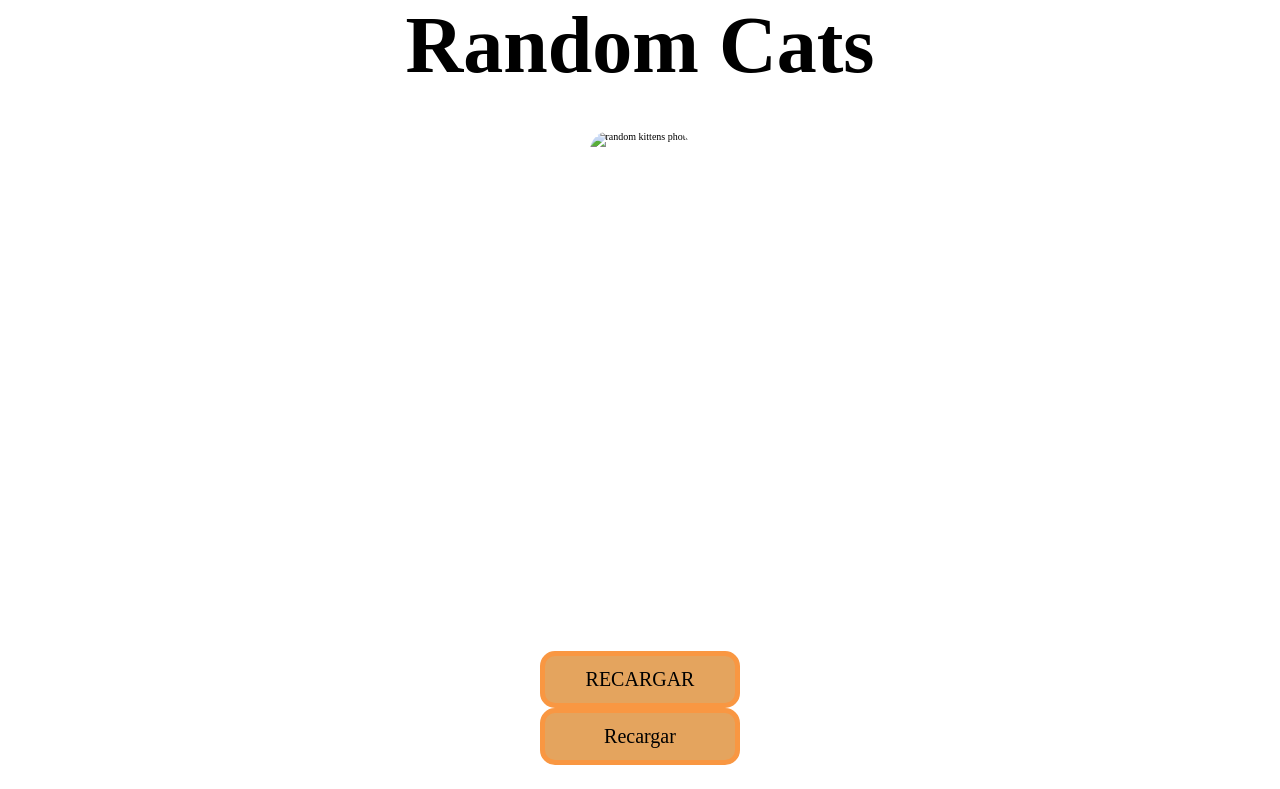
Repository: elto82/ConsumoAPIRESTjs
Page: index.html
The author's editor kept a copy of each file at every save. The page is drawn from the files as they stood at one save, then again after the next save.
The browser window is 1280 px wide. The pictures show the whole page.

Above is the page before, as saved 2022-07-02 18:05:03.

After the next save:
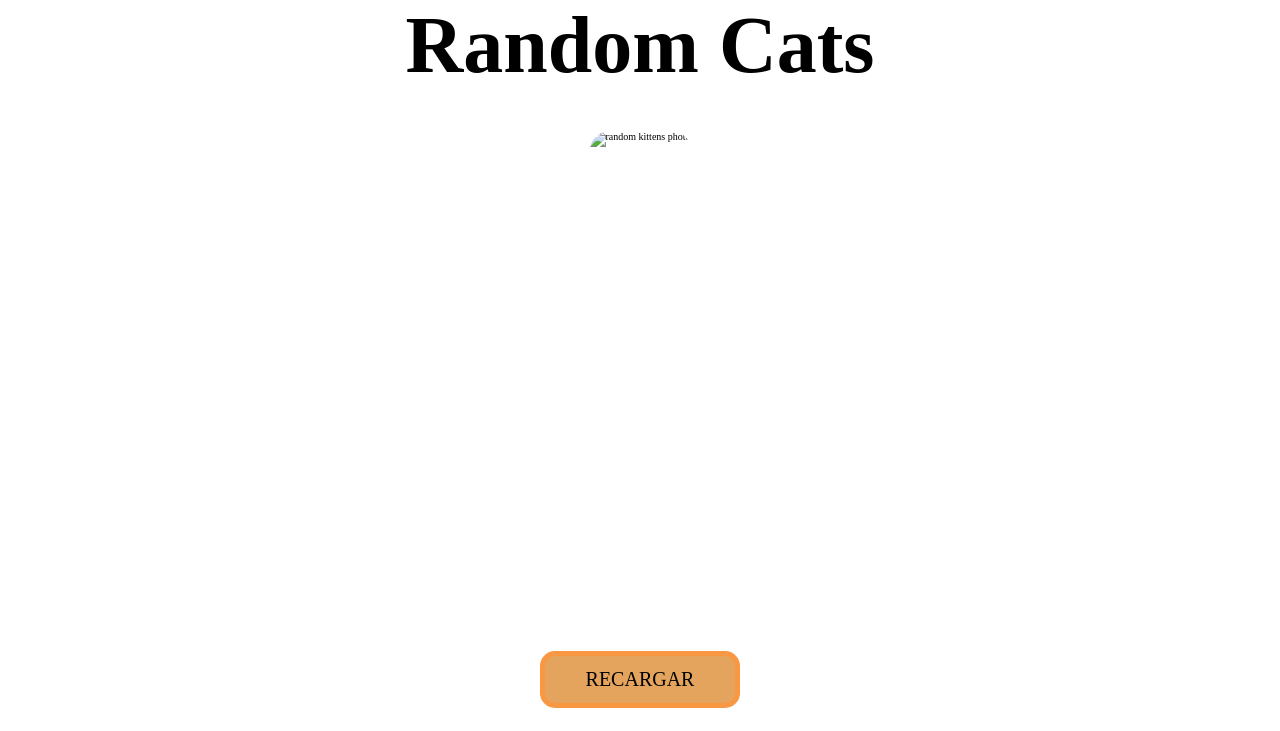
Saved 10 s later.
--- a/index.html
+++ b/index.html
@@ -16,7 +16,7 @@
   <section class="container">
     <img alt="random kittens photo" class="image">
     <button class="random-cat-button" onclick="reload()">RECARGAR</button>
-    <input class="random-cat-button" type="button" value="Recargar" onclick="location.reload()">
+
   </section>
   <script src="./main.js"></script>
 </body>
